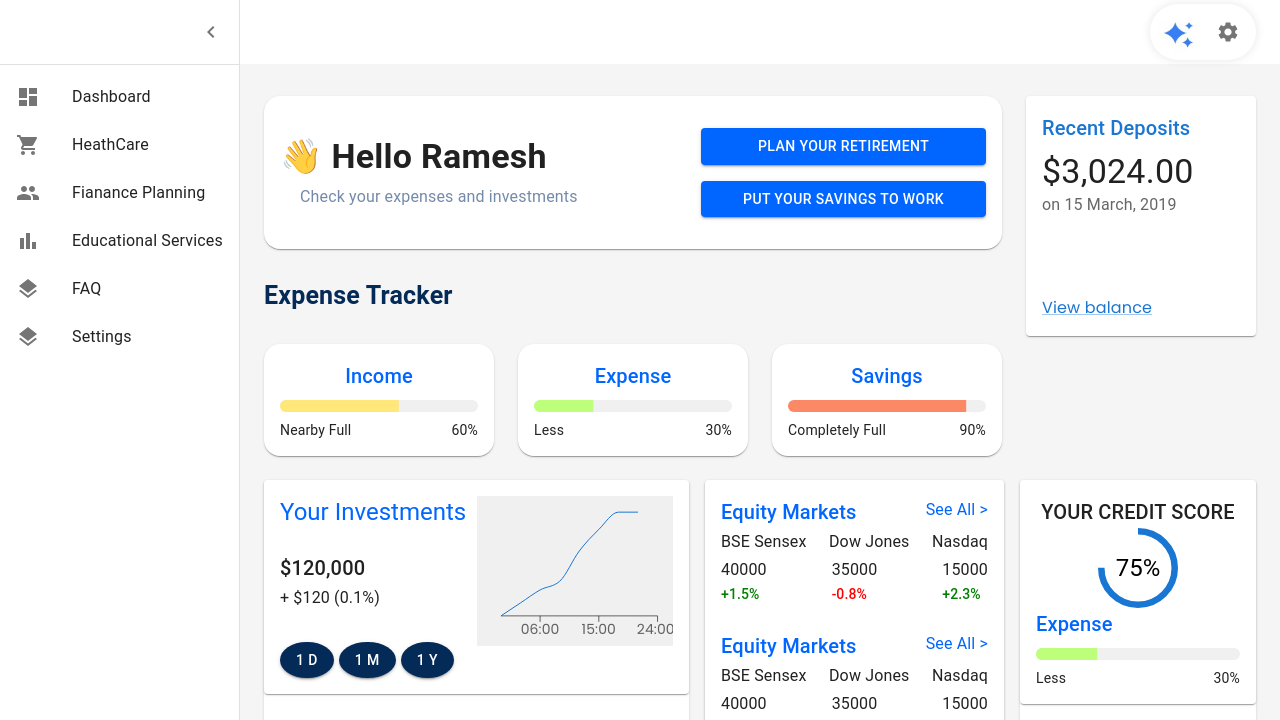
Repository: shubhampirate/TIAA_Retirement_hackathon
Page: /
An editor plug-in stored every save of this project. The page is shown before and after the next save, followed by the edit.
The browser window is 1280 px wide. The pictures show the whole page.
An inner scrolling area shows only its first screen. The project was rebuilt for these pictures with package versions that can differ from the ones it lists, and the page was loaded fresh each time. Also part of the build but not shown: src/Components/CustomButton.jsx, src/Components/Navbar.jsx, src/Components/Properties.jsx, src/Components/Footer.jsx, src/Components/Hero.jsx, src/pages/Sign_In.jsx.

Above is the page before, as saved 2023-11-15 13:06:46.

### src/index.css
@import url("https://fonts.googleapis.com/css2?family=Poppins:wght@400;500;700&display=swap");

* {
  margin: 0;
  padding: 0;
  box-sizing: border-box;
  font-family: "Poppins", sans-serif;
}

body {
  margin: 0;
  -webkit-font-smoothing: antialiased;
  -moz-osx-font-smoothing: grayscale;
}

code {
  font-family: source-code-pro, Menlo, Monaco, Consolas, "Courier New",
    monospace;
}

### src/App.jsx
import Hero from "./Components/Hero";
import SignIn from "./pages/Sign_In";
import Dashboard from "./Components/Dashboard";

function App() {
  return (
    <>
      {/* <Hero /> */}
      {/* <SignIn/> */}
      <Dashboard />
    </>
  );
}

export default App;

### src/Components/Dashboard.jsx
import * as React from 'react';
import { styled, createTheme, ThemeProvider } from '@mui/material/styles';
import CssBaseline from '@mui/material/CssBaseline';
import MuiDrawer from '@mui/material/Drawer';
import Box from '@mui/material/Box';
import MuiAppBar from '@mui/material/AppBar';
import Toolbar from '@mui/material/Toolbar';
import List from '@mui/material/List';
import Typography from '@mui/material/Typography';
import Divider from '@mui/material/Divider';
import IconButton from '@mui/material/IconButton';
// import Badge from '@mui/material/Badge';
import Container from '@mui/material/Container';
import Grid from '@mui/material/Grid';
import Paper from '@mui/material/Paper';
// import Link from '@mui/material/Link';
import MenuIcon from '@mui/icons-material/Menu';
import ChevronLeftIcon from '@mui/icons-material/ChevronLeft';
// import NotificationsIcon from '@mui/icons-material/Notifications';
import SettingsIcon from '@mui/icons-material/Settings';
import { mainListItems } from './listItems';
// import Chart from './Chart';
import Deposits from './Deposits';

import heroImg_3 from "../media/img_3.jpeg";
import Button from '@mui/material/Button';
import LinearProgress from '@mui/material/LinearProgress';
import YourComponent from './YourComponent';

  const Title = styled(Typography)(({ theme }) => ({
    fontSize: "25px",
    color: "#042A57",
    fontWeight: "bold",
    textAlign: "left",
    margin: theme.spacing(4, 0, 4, 0),
    [theme.breakpoints.down("sm")]: {
      fontSize: "30px",
    },
  }));
const drawerWidth = 240;

const AppBar = styled(MuiAppBar, {
  shouldForwardProp: (prop) => prop !== 'open',
})(({ theme, open }) => ({
  zIndex: theme.zIndex.drawer + 1,
  transition: theme.transitions.create(['width', 'margin'], {
    easing: theme.transitions.easing.sharp,
    duration: theme.transitions.duration.leavingScreen,
  }),
  ...(open && {
    marginLeft: drawerWidth,
    width: `calc(100% - ${drawerWidth}px)`,
    transition: theme.transitions.create(['width', 'margin'], {
      easing: theme.transitions.easing.sharp,
      duration: theme.transitions.duration.enteringScreen,
    }),
  }),
}));


const ProgressBarBox = ({ title, value }) => {
    let indicatorText = '';
    let color = '';

    if (value <= 30) {
      indicatorText = 'Less';
      color = '#BDFF7B';
    } else if (value <= 70) {
      indicatorText = 'Nearby Full';
      color = '#FFE779';
    } else {
      indicatorText = 'Completely Full';
      color = '#FC8965';
    }

    return (
      <Grid item xs={12} sm={6} md={4}>
        <Paper
          sx={{
            p: 2,
            display: 'flex',
            flexDirection: 'column',
            alignItems: 'center',
            borderRadius: '16px',
          }}
        >
          <Typography variant="h6" sx={{ mb: 1, color: "#0066FF" }}>
            {title}
          </Typography>
          <LinearProgress
          variant="determinate"
          value={value}
          sx={{
            width: '100%',
            height: '12px',
            borderRadius: '8px',
            backgroundColor: '#f0f0f0',
            marginBottom: '8px',
            '& .MuiLinearProgress-bar': {
              backgroundColor: color,
            },
          }}
        />

          <Box
          sx={{
            display: 'flex',
            justifyContent: 'space-between',
            width: '100%',

          }}
        >
          <Typography variant="body2">{indicatorText}</Typography>
          <Typography variant="body2">{value}%</Typography>
        </Box>
        </Paper>
      </Grid>
    );
  };
const Drawer = styled(MuiDrawer, { shouldForwardProp: (prop) => prop !== 'open' })(
  ({ theme, open }) => ({
    '& .MuiDrawer-paper': {
      position: 'relative',
      whiteSpace: 'nowrap',
      width: drawerWidth,
      transition: theme.transitions.create('width', {
        easing: theme.transitions.easing.sharp,
        duration: theme.transitions.duration.enteringScreen,
      }),
      boxSizing: 'border-box',
      ...(!open && {
        overflowX: 'hidden',
        transition: theme.transitions.create('width', {
          easing: theme.transitions.easing.sharp,
          duration: theme.transitions.duration.leavingScreen,
        }),
        width: theme.spacing(7),
        [theme.breakpoints.up('sm')]: {
          width: theme.spacing(9),
        },
      }),
    },
  }),
);

// TODO remove, this demo shouldn't need to reset the theme.
const defaultTheme = createTheme();

export default function Dashboard() {
  const [open, setOpen] = React.useState(true);
  const toggleDrawer = () => {
    setOpen(!open);
  };

  return (
    <ThemeProvider theme={defaultTheme}>
      <Box sx={{ display: 'flex' }}>
        <CssBaseline />
        <AppBar position="absolute" open={open} sx={{ backgroundColor: "#fff", boxShadow: 'none' }}>
  <Toolbar
    sx={{
      pr: '24px', // keep right padding when drawer closed
      display: 'flex',
      alignItems: 'center',
      justifyContent: 'space-between',
    }}
  >
    <Box sx={{ display: 'flex', alignItems: 'center' }}>
      <IconButton
        edge="start"
        aria-label="open drawer"
        onClick={toggleDrawer}
        sx={{
          marginRight: '36px',
          ...(open && { display: 'none' }),
        }}
      >
        <MenuIcon />
      </IconButton>

    </Box>

    <Box sx={{ display: 'flex', alignItems: 'center', boxShadow: '0px 0px 10px rgba(0, 0, 0, 0.1)', borderRadius: '40px', padding: '8px' }}>
  {/* User profile image */}
  <img
    src={heroImg_3}
    alt="User Profile"
    style={{ borderRadius: '50%', width: '40px', height: '40px', marginRight: '10px' }}
  />

  {/* Settings button */}
  <IconButton >

    <SettingsIcon />
  </IconButton>
</Box>
  </Toolbar>
</AppBar>

        <Drawer variant="permanent" open={open}>
          <Toolbar
            sx={{
              display: 'flex',
              alignItems: 'center',
              justifyContent: 'flex-end',
              px: [1],
            }}
          >
            <IconButton onClick={toggleDrawer}>
              <ChevronLeftIcon />
            </IconButton>
          </Toolbar>
          <Divider />
          <List component="nav">
            {mainListItems}
            {/* <Divider sx={{ my: 1 }} /> */}
            {/* {secondaryListItems} */}
          </List>
        </Drawer>
        <Box
          component="main"
          sx={{
            backgroundColor: (theme) =>
              theme.palette.mode === 'light'
                ? theme.palette.grey[100]
                : theme.palette.grey[900],
            flexGrow: 1,
            height: '100vh',
            overflow: 'auto',
          }}
        >
          <Toolbar />
          <Container maxWidth="lg" sx={{ mt: 4, mb: 4 }}>
            <Grid container spacing={3}>

            <Grid item xs={12} md={8} lg={9}>
  <Paper
    sx={{
      p: 2,
      display: 'flex',
      flexDirection: 'column',
      alignItems: 'center',
      borderRadius: '16px', // Adjust the value as needed for more or less curvature
    }}
  >
    {/* Left side content */}
    <Grid container spacing={2} alignItems="center">
      <Grid item xs={12} md={7 }>
        <Typography variant="h4" sx={{ mb: 1, fontWeight: 'bold'}}>
        👋  Hello Ramesh
        </Typography>
        <Typography variant="body1" sx={{color:"#748AAB", paddingLeft:"20px"}}>
          Check your expenses and investments
        </Typography>
      </Grid>

      {/* Right side content */}
      <Grid item xs={12} md={5} sx={{ display: 'flex', flexDirection: 'column', alignItems: 'center' }}>
        <Button variant="contained"  sx={{ width: '100%', backgroundColor: '#0066FF', color: '#fff', mb: { xs: 1, md: 2 } ,mt:{xs:0, md:2}  }}>
        Plan your retirement
        </Button>
        <Button variant="contained"  sx={{ width: '100%', backgroundColor: '#0066FF', color: '#fff', mb:{xs:1, md:2} }}>
        Put your savings to work
        </Button>
      </Grid>
    </Grid>
  </Paper>
  <Title variant="h4" sx={{color: "#042A57"}}>
             Expense Tracker
            </Title>
            <Grid container spacing={3}>
      <ProgressBarBox title="Income" value={60} />
      <ProgressBarBox title="Expense" value={30} />
      <ProgressBarBox title="Savings" value={90} />
    </Grid>
</Grid>


               {/* Recent Deposits */}
              <Grid item xs={12} md={4} lg={3}>
                <Paper
                  sx={{
                    p: 2,
                    display: 'flex',
                    flexDirection: 'column',
                    height: 240,
                  }}
                >
                  <Deposits />
                </Paper>
              </Grid>
              {/* Recent Orders */}
              <Grid item xs={12}>
                {/* <Paper sx={{ p: 2, display: 'flex', flexDirection: 'column' }}> */}
                  <YourComponent />
                {/* </Paper> */}
              </Grid>
            </Grid>

          </Container>
        </Box>
      </Box>
    </ThemeProvider>
  );
}

### src/Components/listItems.jsx
import * as React from 'react';
import ListItemButton from '@mui/material/ListItemButton';
import ListItemIcon from '@mui/material/ListItemIcon';
import ListItemText from '@mui/material/ListItemText';
import ListSubheader from '@mui/material/ListSubheader';
import DashboardIcon from '@mui/icons-material/Dashboard';
import ShoppingCartIcon from '@mui/icons-material/ShoppingCart';
import PeopleIcon from '@mui/icons-material/People';
import BarChartIcon from '@mui/icons-material/BarChart';
import LayersIcon from '@mui/icons-material/Layers';
import AssignmentIcon from '@mui/icons-material/Assignment';

export const mainListItems = (
  <React.Fragment>
    <ListItemButton>
      <ListItemIcon>
        <DashboardIcon />
      </ListItemIcon>
      <ListItemText primary="Dashboard" />
    </ListItemButton>
    <ListItemButton>
      <ListItemIcon>
        <ShoppingCartIcon />
      </ListItemIcon>
      <ListItemText primary="HeathCare" />
    </ListItemButton>
    <ListItemButton>
      <ListItemIcon>
        <PeopleIcon />
      </ListItemIcon>
      <ListItemText primary="Fianance Planning" />
    </ListItemButton>
    <ListItemButton>
      <ListItemIcon>
        <BarChartIcon />
      </ListItemIcon>
      <ListItemText primary="Educational Services" />
    </ListItemButton>
    <ListItemButton>
      <ListItemIcon>
        <LayersIcon />
      </ListItemIcon>
      <ListItemText primary="FAQ" />
    </ListItemButton>
    <ListItemButton>
      <ListItemIcon>
        <LayersIcon />
      </ListItemIcon>
      <ListItemText primary="Settings" />
    </ListItemButton>
  </React.Fragment>
);

// export const secondaryListItems = (
//   <React.Fragment>
//     <ListSubheader component="div" inset>
//       Saved reports
//     </ListSubheader>
//     <ListItemButton>
//       <ListItemIcon>
//         <AssignmentIcon />
//       </ListItemIcon>
//       <ListItemText primary="Current month" />
//     </ListItemButton>
//     <ListItemButton>
//       <ListItemIcon>
//         <AssignmentIcon />
//       </ListItemIcon>
//       <ListItemText primary="Last quarter" />
//     </ListItemButton>
//     <ListItemButton>
//       <ListItemIcon>
//         <AssignmentIcon />
//       </ListItemIcon>
//       <ListItemText primary="Year-end sale" />
//     </ListItemButton>
//   </React.Fragment>
// );

### src/Components/YourComponent.jsx
import React from 'react';
import { Box,Grid, Paper, Typography, CircularProgress, LinearProgress, Button } from '@mui/material';
import Chart from './Chart';
// import ArrowForwardIcon from '@mui/icons-material/ArrowForward';



const InvestmentsBox = () => (
  <Paper sx={{ p: 2, display: 'flex', flexDirection: 'column', alignItems: 'center' }}>
    <div style={{ display: 'flex', justifyContent: 'space-between', width: '100%' }}>
      <div style={{ textAlign: 'left' }}>
        <Typography variant="h5" sx={{color: '#0066FF' }}>Your Investments</Typography>
        <Typography variant="h6" sx={{mt:3}}>$120,000</Typography>
        <Typography variant="subtitle1">+ $120 (0.1%)</Typography>
        {/* Options to choose from */}
        <div style={{ display: 'flex', marginTop: '30px' }}>
          <Button
            variant="contained"
            style={{
              backgroundColor: '#042A57',
              color: '#FFF',
              borderRadius: '70%',
              minWidth: 'unset',
              marginRight: '5px',
            }}
          >
            1 D
          </Button>
          <Button
            variant="contained"
            style={{
              backgroundColor: '#042A57',
              color: '#FFF',
              borderRadius: '50%',
              minWidth: 'unset',
              marginRight: '5px',
            }}
          >
            1 M
          </Button>
          <Button
            variant="contained"
            style={{
              backgroundColor: '#042A57',
              color: '#FFF',
              borderRadius: '50%',
              minWidth: 'unset',
            }}
          >
            1 Y
          </Button>
        </div>
      </div>
      {/* Chart (replace with your actual chart component) */}
      <div style={{ width: '50%', height: '150px', backgroundColor: '#f0f0f0' }}>
        {/* Replace this div with your actual chart component */}
        <div style={{ width: '100%', height: '100%', display: 'flex', justifyContent: 'center', alignItems: 'center' }}>
          <Chart />
        </div>
      </div>
    </div>
  </Paper>
);


const EquityMarketsBox = () => {
  // Mock data for market values
  const marketData = [
    { name: 'BSE Sensex', currentPrice: 40000, increasePercentage: 1.5 },
    { name: 'Dow Jones', currentPrice: 35000, increasePercentage: -0.8 },
    { name: 'Nasdaq', currentPrice: 15000, increasePercentage: 2.3 },
  ];

  return (
    <Paper sx={{ p: 2, display: 'flex', flexDirection: 'column' }}>
  <Typography variant="h6" style={{ display: 'flex', justifyContent: 'space-between', color: '#0066FF' }}>
        Equity Markets
        <Typography variant="subtitle1" style={{ cursor: 'pointer' }}>
          See All &gt;
        </Typography>
      </Typography>
    {/* Display market names in the first line */}
    <div style={{ display: 'flex', justifyContent: 'space-between' }}>
      {marketData.map((market) => (
        <Typography key={market.name} variant="subtitle1">{market.name}</Typography>
      ))}
    </div>
    {/* Display market values in the second line */}
    <div style={{ display: 'flex', justifyContent: 'space-between' }}>
      {marketData.map((market) => (
        <div key={market.name}>
          <Typography variant="subtitle1">{market.currentPrice}</Typography>
          <Typography variant="subtitle2" style={{ color: market.increasePercentage >= 0 ? 'green' : 'red' }}>
            {market.increasePercentage >= 0 ? '+' : ''}{market.increasePercentage}%
          </Typography>
        </div>
      ))}
    </div>
 <br />
  <Typography variant="h6" style={{ display: 'flex', justifyContent: 'space-between', color: '#0066FF' }}>
        Equity Markets
        <Typography variant="subtitle1" style={{ cursor: 'pointer' }}>
          See All &gt;
        </Typography>
      </Typography>
    {/* Display market names in the first line */}
    <div style={{ display: 'flex', justifyContent: 'space-between' }}>
      {marketData.map((market) => (
        <Typography key={market.name} variant="subtitle1">{market.name}</Typography>
      ))}
    </div>
    {/* Display market values in the second line */}
    <div style={{ display: 'flex', justifyContent: 'space-between' }}>
      {marketData.map((market) => (
        <div key={market.name}>
          <Typography variant="subtitle1">{market.currentPrice}</Typography>
          <Typography variant="subtitle2" style={{ color: market.increasePercentage >= 0 ? 'green' : 'red' }}>
            {market.increasePercentage >= 0 ? '+' : ''}{market.increasePercentage}%
          </Typography>
        </div>
      ))}
    </div>

  </Paper>
);
};



// Component for the third box
  // Component for the first box
const ProgressBarBox = ({ title, value }) => {
    let indicatorText = '';
    let color = '';

    if (value <= 30) {
      indicatorText = 'Less';
      color = '#BDFF7B';
    } else if (value <= 70) {
      indicatorText = 'Nearby Full';
      color = '#FFE779';
    } else {
      indicatorText = 'Completely Full';
      color = '#FC8965';
    }

    return (
      <Grid container>
        <Typography variant="h6" sx={{ mb: 1, color: "#0066FF" }}>
          {title}
        </Typography>
        <LinearProgress
          variant="determinate"
          value={value}
          sx={{
            width: '100%',
            height: '12px',
            borderRadius: '8px',
            backgroundColor: '#f0f0f0',
            marginBottom: '8px',
            '& .MuiLinearProgress-bar': {
              backgroundColor: color,
            },
          }}
        />
        <Box
          sx={{
            display: 'flex',
            justifyContent: 'space-between',
            width: '100%',
          }}
        >
          <Typography variant="body2">{indicatorText}</Typography>
          <Typography variant="body2">{value}%</Typography>
        </Box>
      </Grid>
    );
  };

  // Component for the third box
  const CreditScoreBox = () => (
    <Paper sx={{ p: 2, display: 'flex', flexDirection: 'column', alignItems: 'center', position: 'relative' }}>
      <Typography variant="h6">YOUR CREDIT SCORE</Typography>
      {/* Circular Progress Bar */}
      <div style={{ position: 'relative', width: '80px', height: '80px' }}>
        <CircularProgress variant="determinate" value={75} size={80} />
        {/* Display the percentage in the center of the circular progress bar */}
        <Typography
          variant="h5"
          style={{
            position: 'absolute',
            top: '50%',
            left: '50%',
            transform: 'translate(-50%, -50%)',
            color: '#000', // Adjust text color as needed
          }}
        >
          75%
        </Typography>
      </div>
      {/* Include ProgressBarBox with the entire width */}
      <ProgressBarBox title="Expense" value={30} />
    </Paper>
  );

// Main component
const YourComponent = () => (
  <Grid container spacing={2} >
  <Grid item xs={12} md={9}>
    <Grid container spacing={2} style={{ height: '100%' }}>
      <Grid item xs={12} md={8} lg={7}>
        <Paper sx={{ minHeight: '100%' }}>
          <InvestmentsBox />
        </Paper>
      </Grid>
      <Grid item xs={12} md={4} lg={5}>
        <Paper sx={{ minHeight: '100%' }}>
          <EquityMarketsBox />
        </Paper>
      </Grid>
    </Grid>
  </Grid>
  <Grid item xs={12} md={3}>
    <Paper sx={{ minHeight: '100%' }}>
      <CreditScoreBox />
    </Paper>
  </Grid>
</Grid>
);

export default YourComponent;

### src/Components/Chart.jsx
import * as React from 'react';
import { useTheme } from '@mui/material/styles';
import { LineChart, Line, XAxis, YAxis, Label, ResponsiveContainer } from 'recharts';
import Title from './Title';

// Generate Sales Data
function createData(time, amount) {
  return { time, amount };
}

const data = [
  createData('00:00', 0),
  createData('03:00', 300),
  createData('06:00', 600),
  createData('09:00', 800),
  createData('12:00', 1500),
  createData('15:00', 2000),
  createData('18:00', 2400),
  createData('21:00', 2400),
  createData('24:00', undefined),
];

export default function Chart() {
  const theme = useTheme();

  return (
    <React.Fragment>
      {/* <Title>Today</Title> */}
      <ResponsiveContainer>
        <LineChart
          data={data}
          margin={{
            top: 16,
            right: 16,
            bottom: 0,
            left: 24,
          }}
        >
          <XAxis
            dataKey="time"
            stroke={theme.palette.text.secondary}
            style={theme.typography.body2}
          />
          {/* <YAxis
            stroke={theme.palette.text.secondary}
            style={theme.typography.body2}
          > */}
            {/* <Label
              angle={270}
              position="left"
              style={{
                textAnchor: 'middle',
                fill: theme.palette.text.primary,
                ...theme.typography.body1,
              }}
            >
              Sales ($)
            </Label> */}
          {/* </YAxis> */}
          <Line
            isAnimationActive={false}
            type="monotone"
            dataKey="amount"
            stroke={theme.palette.primary.main}
            dot={false}
          />
        </LineChart>
      </ResponsiveContainer>
    </React.Fragment>
  );
}

Loaded but not shown: public/index.html (common file); src/index.js (common file); src/Components/Deposits.jsx (common file); src/Components/Title.jsx (common file)

After the next save:
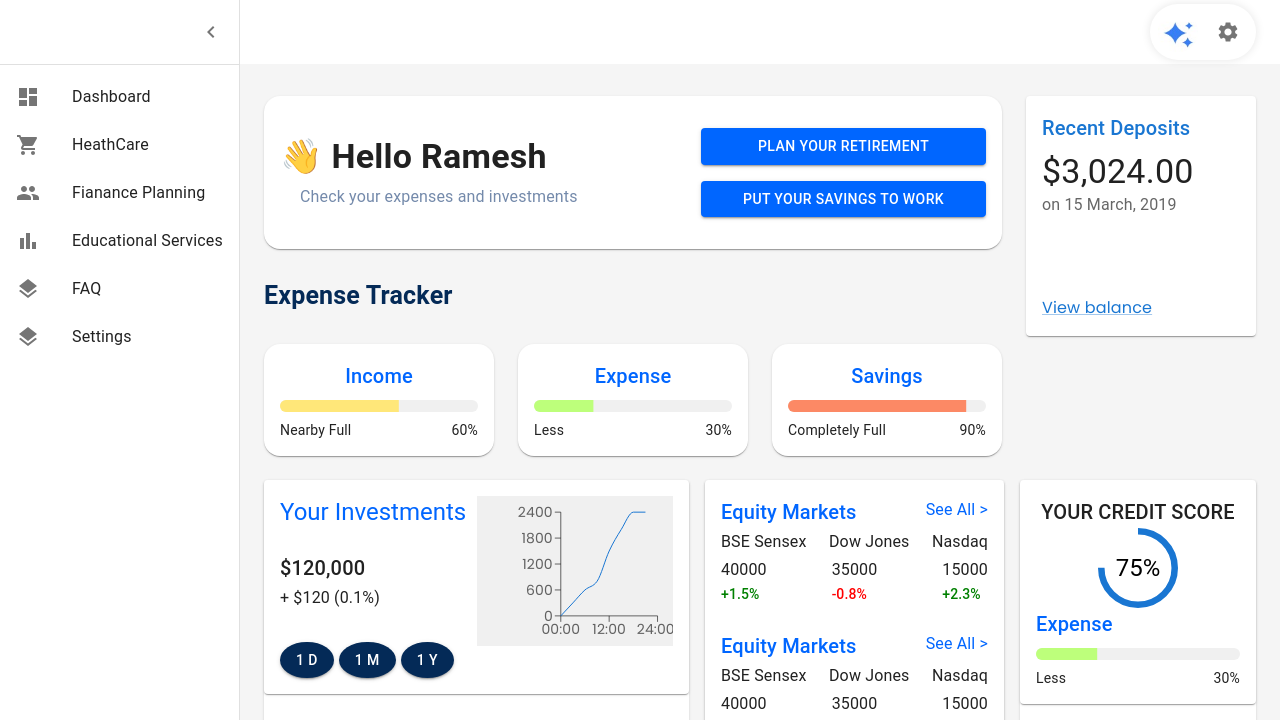
Saved 69 s later.
--- a/src/Components/Chart.jsx
+++ b/src/Components/Chart.jsx
@@ -41,10 +41,10 @@ export default function Chart() {
             stroke={theme.palette.text.secondary}
             style={theme.typography.body2}
           />
-          {/* <YAxis
+          <YAxis
             stroke={theme.palette.text.secondary}
             style={theme.typography.body2}
-          > */}
+          >
             {/* <Label
               angle={270}
               position="left"
@@ -56,7 +56,7 @@ export default function Chart() {
             >
               Sales ($)
             </Label> */}
-          {/* </YAxis> */}
+          </YAxis>
           <Line
             isAnimationActive={false}
             type="monotone"
